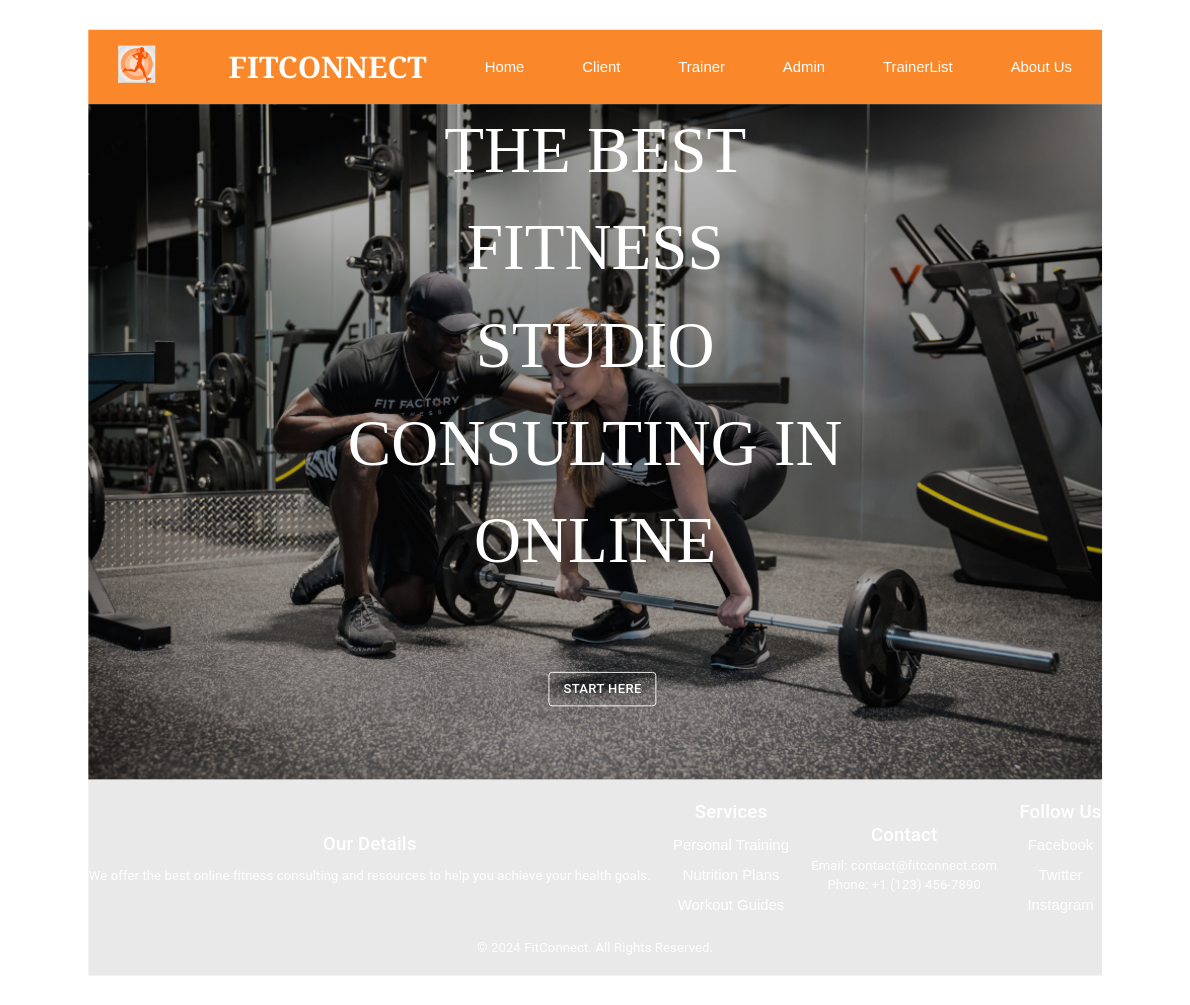
Repository: sarathraj2002/fitconnect
Page: / (app in Frontend/)
An editor plug-in stored every save of this project. The page is shown before and after the next save, followed by the edit.
The browser window is 1280 px wide. The pictures show the whole page, at 93% of full size.
The project was rebuilt for these pictures with package versions that can differ from the ones it lists, and the page was loaded fresh each time. Also part of the build but not shown: Frontend/vite.config.js, Frontend/src/components/ClientPage.jsx, Frontend/src/components/TrainerPage.jsx, Frontend/src/components/AdminPage.css, Frontend/src/components/AdminPage.jsx, Frontend/src/components/TrainerListPage.jsx, Frontend/src/components/AboutUs.jsx, Frontend/src/components/ClientRegister.css and 5 more.

Above is the page before, as saved 2024-11-12 17:47:17.

### Frontend/index.html
<!doctype html>
<html lang="en">
  <head>
    <meta charset="UTF-8" />
    <link rel="icon" type="image/svg+xml" href="/vite.svg" />
    <meta name="viewport" content="width=device-width, initial-scale=1.0" />
    <title>FitConnect</title>
  </head>
  <body>
    <div id="root"></div>
    <script type="module" src="/src/main.jsx"></script>
  </body>
</html>

### Frontend/src/App.jsx
import React from 'react';
import { useState } from 'react'
import './App.css'
import { Route, Routes } from 'react-router-dom';
import NavBar from './components/NavBar';
import ClientPage from './components/ClientPage.jsx';
import TrainerPage from './components/TrainerPage';
import AdminPage from './components/AdminPage';
import TrainerListPage from './components/TrainerListPage';
import AboutUs from './components/AboutUs.jsx';
import Home from './components/Home.jsx';
import ClientRegister from './components/ClientRegister.jsx';
import Blog from './components/Blog.jsx';
import TrainerRegister from './components/TrainerRegister.jsx';
import TrainerProfile from './components/TrainerProfile.jsx';

function App() {
  const [count, setCount] = useState(0)

  return (
    <>


      <NavBar />
      <Routes>
        <Route path="/" element={<Home />}></Route>
        <Route path="/client" element={<ClientPage />}></Route>
        <Route path="/trainer" element={<TrainerPage />} ></Route>
        <Route path="/admin" element={<AdminPage />}></Route>
        <Route path="/trainerlist" element={<TrainerListPage />}></Route>
        <Route path="/about" element={<AboutUs />}></Route>
        <Route path="/register" element={<ClientRegister />}></Route>
        <Route path="/trainerregister" element={<TrainerRegister />}></Route>
        <Route path="/blog" element={<Blog/>}></Route>
        <Route path="/profile" element={<TrainerProfile />}></Route>

      </Routes>



    </>
  )
}

export default App

### Frontend/src/components/Navbar.jsx
import React from 'react';
import { Link } from 'react-router-dom';
import './navbar.css';
import { assets } from '../assets/assets';
const Navbar = () => {
  return (
     <nav className="navbar">
    {/* Logo */}
    <div className="navbar-logo">
      <img src={assets.logo} alt="Logo" />
    </div>
    <div className='head'>
     <b> FITCONNECT</b>
    </div>


        <Link to="/" style={{textDecoration:'none',color:'white'}}>Home</Link>
        <Link to="/client" style={{textDecoration:'none',color:'white'}}>Client</Link>
        <Link to="/trainer" style={{textDecoration:'none',color:'white'}}>Trainer</Link>
        <Link to="/admin" style={{textDecoration:'none',color:'white'}}>Admin</Link>
        <Link to="/trainerlist" style={{textDecoration:'none',color:'white'}}>TrainerList</Link>
        <Link to="/about" style={{textDecoration:'none',color:'white'}}>About Us</Link>

    </nav>
  );
};

export default Navbar;

### Frontend/src/components/Home.jsx
import React from 'react'
import { assets } from '../assets/assets'
import Button from '@mui/material/Button';
import { Stack } from '@mui/material';
import { Link, useNavigate } from 'react-router-dom';
import Footer from './Footer';

const Home = () => {

  const navigate=useNavigate()

  return (

    <>

    <div className='img' style={{ position: 'relative', textAlign: 'center' }}>

    <img
      style={{  width: '100%',filter: 'brightness(70%)' }}
      src={assets.head1}
      alt=""
    />
    <p
      style={{
        position: 'absolute',
        top: '50%',
        left: '50%',
        transform: 'translate(-50%, -50%)',
        color: 'white',
        fontSize: '70px',

        fontFamily:'fantasy'
      }}
    >
      THE BEST FITNESS STUDIO CONSULTING IN ONLINE
      <Stack spacing={2} direction="row" alignItems="center"
      justifyContent="center"
      style={{ height: '30vh' }} >

      <Link to="/blog" style={{ textDecoration: 'none' }}></Link>
      <Button onClick={()=>navigate('/blog')} variant="outlined" sx={{ color: 'white', borderColor: 'white' }}>START HERE</Button>
    </Stack>

    </p>




    </div>
    <Footer />
    </>
  )
}

export default Home;

### Frontend/src/components/Navbar.css
* {
  margin: 0;
  padding: 0;
  box-sizing: border-box;
}

body {
  font-family: Arial, sans-serif;
}

.navbar {
  display: flex;
  align-items: center;
  justify-content: space-between;
  background-color: #fa8729;
  padding: 1rem 2rem;
  color: white;
  width: 100%;
}

.navbar-logo img {
  height: 40px;
  width: auto;
}

.head {
  font-size: xx-large;
  font-family: Georgia, 'Times New Roman', Times, serif;
  color: white;
  margin-left: 1rem;
}

.navbar-links {
  display: flex;
  gap: 1.5rem;
  list-style: none;
  margin-left: auto; /* Align links to the right */
}

.navbar-links a {
  text-decoration: none;
  color: white;
  font-size: 1rem;
  transition: color 0.3s ease;
}

.navbar-links a:hover {
  color: #ec7819;
}

.navbar-toggle {
  display: none;
  font-size: 1.5rem;
  color: white;
  cursor: pointer;
}

/* Mobile view adjustments */
@media (max-width: 768px) {
  .navbar {
      flex-direction: column;
      align-items: flex-start;
  }

  .navbar-links {
      display: none;
      flex-direction: column;
      width: 100%;
      background-color: #fa8729;
      position: absolute;
      top: 100%;
      left: 0;
      padding: 1rem 2rem;
      border-radius: 0;
  }

  .navbar-links.open {
      display: flex;
  }

  .navbar-toggle {
      display: block;
  }

  .head {
      margin-left: 0;
      margin-bottom: 1rem;
  }
}

### Frontend/src/assets/assets.js
import logo from './logo.png';
import head1 from './head1.png'

export const assets={
    logo,
    head1
};

### Frontend/src/components/Footer.jsx

import React from 'react';
import { Box, Typography, Link, Stack } from '@mui/material';

const Footer = () => {
  return (
    <Box
      component="footer"
      sx={{
        backgroundColor: '#333',
        opacity:'10%',
        color: 'white',
        padding: '20px 0',
        textAlign: 'center',
        mt: -1
      }}
    >
      <Stack
        direction={{ xs: 'column' ,sm:'row' }}
        spacing={3}
        justifyContent="center"
        alignItems="center"
      >

        <Box>
          <Typography variant="h6">Our Details</Typography>
          <Typography variant="body2" sx={{ mt: 1 }}>
            We offer the best online fitness consulting and resources to help you achieve your health goals.
          </Typography>
        </Box>


        <Box>
          <Typography variant="h6">Services</Typography>
          <Link href="/services" color="inherit" underline="none" sx={{ display: 'block', mt: 1 }}>
            Personal Training
          </Link>
          <Link href="/services" color="inherit" underline="none" sx={{ display: 'block', mt: 1 }}>
            Nutrition Plans
          </Link>
          <Link href="/services" color="inherit" underline="none" sx={{ display: 'block', mt: 1 }}>
            Workout Guides
          </Link>
        </Box>


        <Box>
          <Typography variant="h6">Contact</Typography>
          <Typography variant="body2" sx={{ mt: 1 }}>Email: contact@fitconnect.com</Typography>
          <Typography variant="body2">Phone: +1 (123) 456-7890</Typography>
        </Box>


        <Box>
          <Typography variant="h6">Follow Us</Typography>
          <Link href="https://facebook.com" color="inherit" underline="none" sx={{ display: 'block', mt: 1 }}>
            Facebook
          </Link>
          <Link href="https://twitter.com" color="inherit" underline="none" sx={{ display: 'block', mt: 1 }}>
            Twitter
          </Link>
          <Link href="https://instagram.com" color="inherit" underline="none" sx={{ display: 'block', mt: 1 }}>
            Instagram
          </Link>
        </Box>
      </Stack>


      <Typography variant="body2" sx={{ mt: 3 }}>
        &copy; {new Date().getFullYear()} FitConnect. All Rights Reserved.
      </Typography>
    </Box>
  );
};

export default Footer;

Loaded but not shown: Frontend/src/main.jsx (common file); Frontend/src/index.css (common file); Frontend/src/App.css (common file)

After the next save:
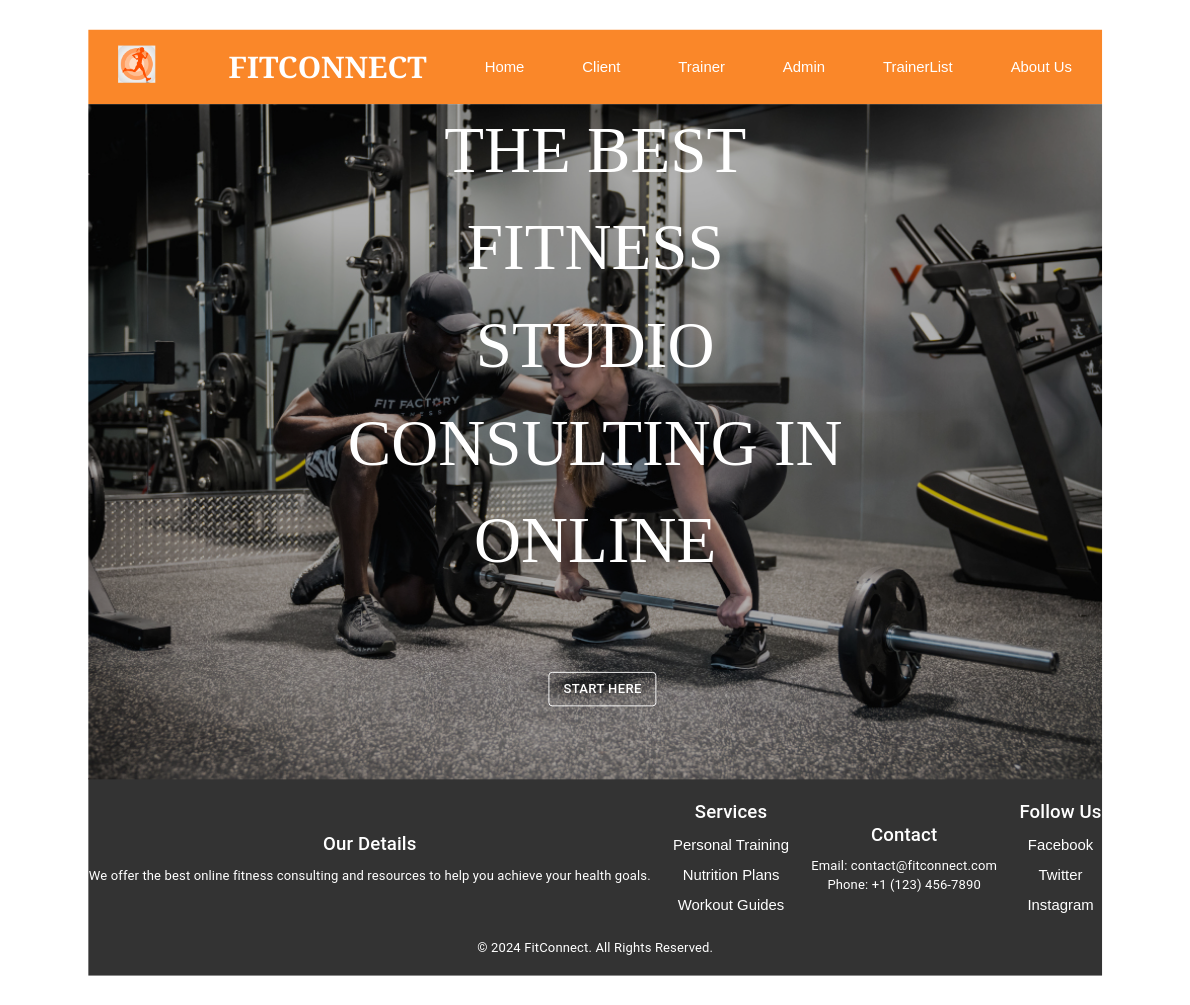
Saved 4 s later.
--- a/Frontend/src/components/Footer.jsx
+++ b/Frontend/src/components/Footer.jsx
@@ -8,7 +8,7 @@ const Footer = () => {
       component="footer"
       sx={{
         backgroundColor: '#333',
-        opacity:'10%',
+        opacity:'100%',
         color: 'white',
         padding: '20px 0',
         textAlign: 'center',
